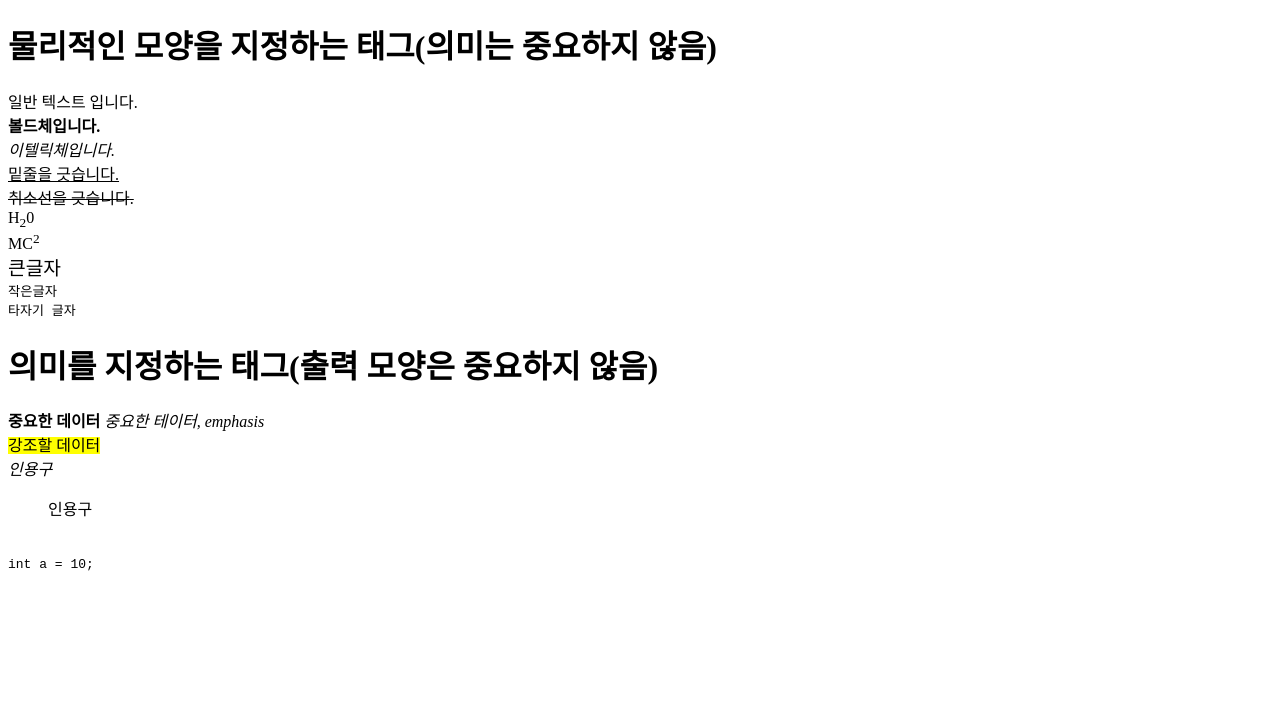
Repository: Chun0903/classStudy_github.io
Page: client/ClientTest/WebContent/ex09_style.html
An editor plug-in stored every save of this project. The page is shown before and after the next save, followed by the edit.
The browser window is 1280 px wide. The pictures show the whole page.

Above is the page before, as saved 2020-06-19 01:12:26.

After the next save:
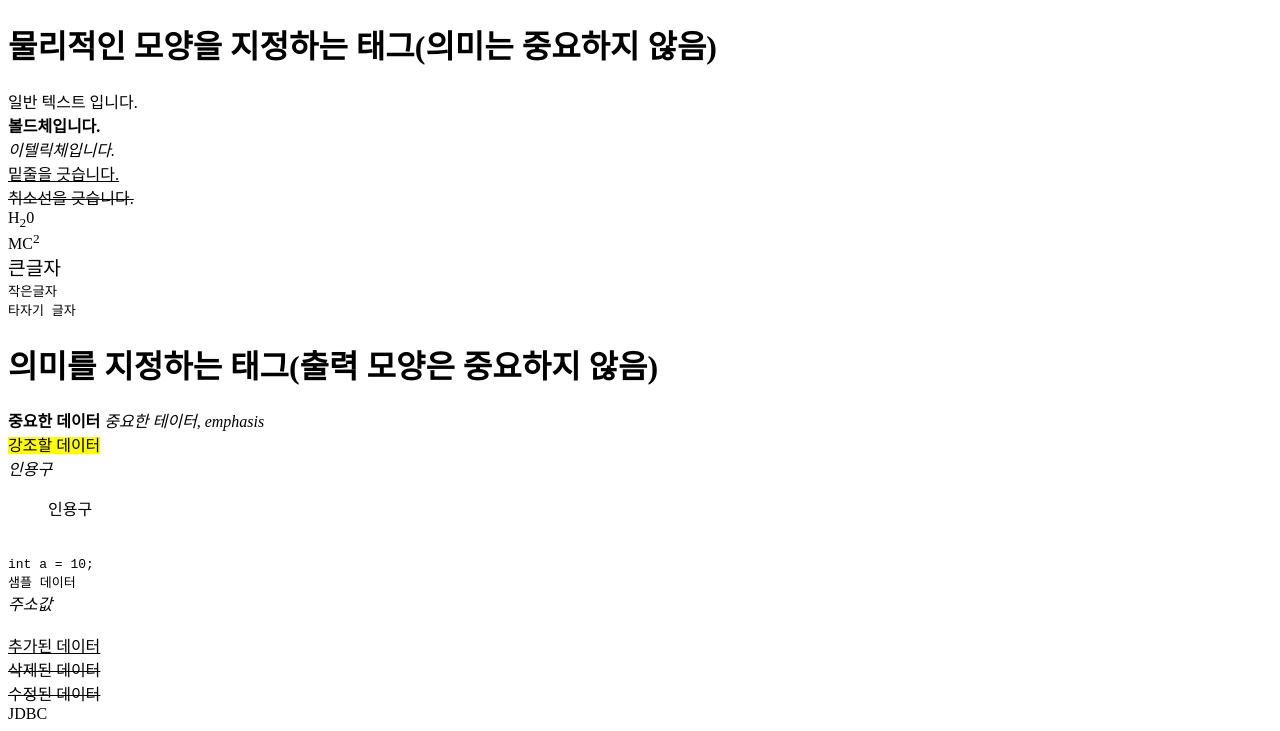
Saved 2 min 45 s later.
--- a/client/ClientTest/WebContent/ex09_style.html
+++ b/client/ClientTest/WebContent/ex09_style.html
@@ -27,7 +27,13 @@
 	<mark>강조할 데이터</mark><br>
 	<cite>인용구</cite><br> <!-- 단일 라인 -->
 	<blockquote>인용구</blockquote><br> <!-- 다중 라인 -->
-	<code>int a = 10;</code>
+	<code>int a = 10;</code><br>
+	<samp>샘플 데이터</samp><br>
+	<address>주소값</address><br>
+	<ins>추가된 데이터</ins><br>
+	<del>삭제된 데이터</del><br>
+	<s>수정된 데이터</s><br>
+	<abbr>JDBC</abbr>
 
 
 </body>
